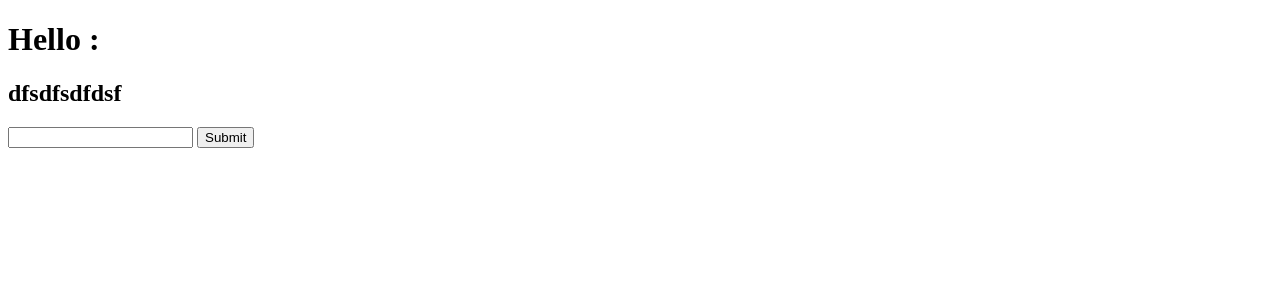
Repository: imrangthub/BlogUsingCoreJava
Page: http://localhost/StartingJsp_00/ExpressionLanguageOfJsp/templateText.jsp
An editor plug-in stored every save of this project. The page is shown before and after the next save, followed by the edit.
The browser window is 1280 px wide. The pictures show the whole page.
The page is served by Tomcat 9.

Above is the page before, as saved 2016-12-25 13:13:03.

After the next save:
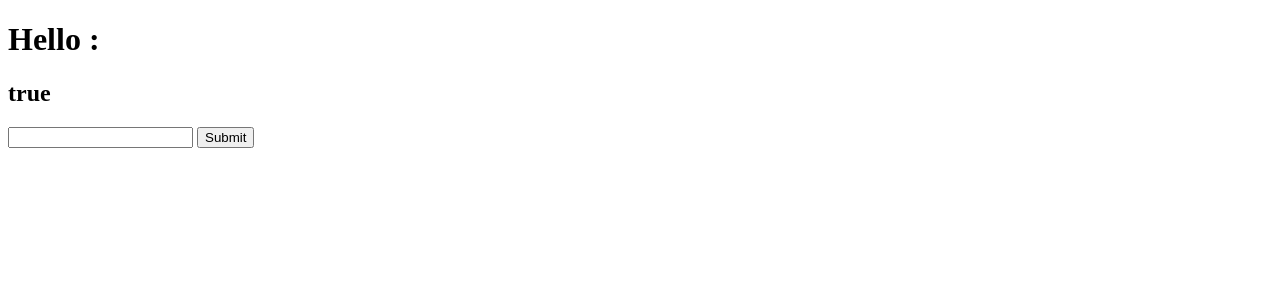
Saved 8 min 17 s later.
--- a/StartingJsp_00/WebContent/ExpressionLanguageOfJsp/templateText.jsp
+++ b/StartingJsp_00/WebContent/ExpressionLanguageOfJsp/templateText.jsp
@@ -11,7 +11,8 @@
 
 
 <h1>Hello : ${param['userName'] }</h1>
-<h2>${'dfsdfsdfdsf'}</h2>
+
+<h2>${empty param.userName}</h2>
 
 <form action="templateText.jsp" method="post">
 
